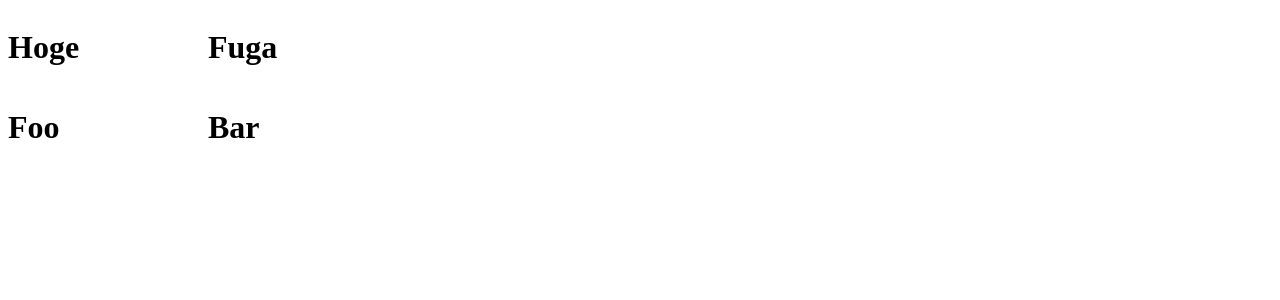
Repository: hideki0118/samurai_HTML-CSS
Page: index2.html
The author's editor kept a record of every edit. The page is drawn from the files as they stood at one moment, then again after the next edit.
The browser window is 1280 px wide. The pictures show the whole page.

Above is the page before.

### index2.html
<html lang="ja">
   <head>
       <style>
           #grid {
               display: grid;
               grid-template-columns: 200px 200px;
           }
       </style>
   </head>
   <body>
       <div id="grid">
           <h1>Hoge</h1>
           <h1>Fuga</h1>
           <h1>Foo</h1>
           <h1>Bar</h1>
       </div>
   </body>
</html>

After the next edit:
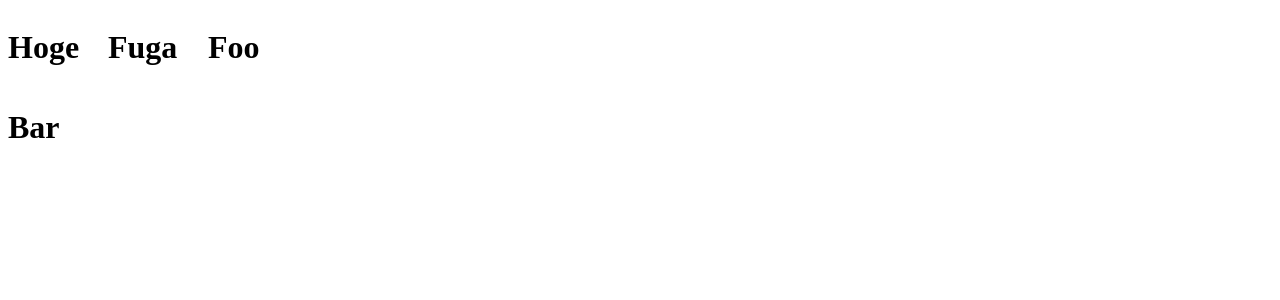
The edit:
--- a/index2.html
+++ b/index2.html
@@ -3,7 +3,7 @@
        <style>
            #grid {
                display: grid;
-               grid-template-columns: 200px 200px;
+               grid-template-columns: 100px 100px 100px;
            }
        </style>
    </head>
